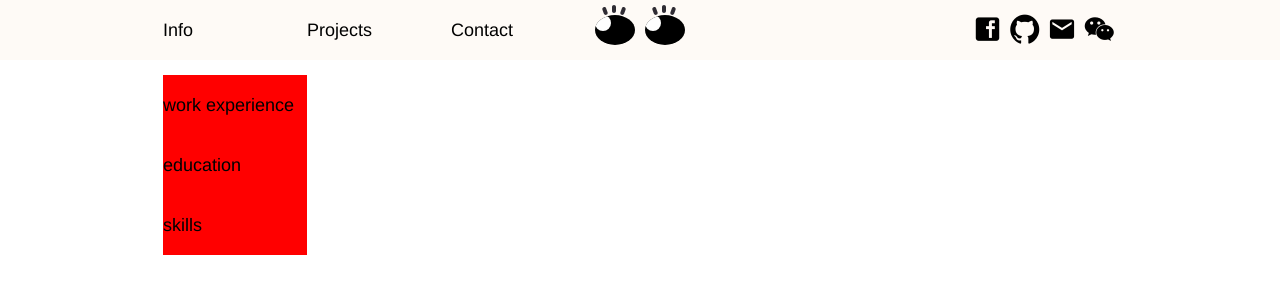
Repository: jinghuai8092/personal_website
Page: /
These files come from the project's save history. The page is drawn as it stood at one moment and after the next save; the edit follows.
The browser window is 1280 px wide. The pictures show the whole page.
The project was rebuilt for these pictures with package versions that can differ from the ones it lists, and the page was loaded fresh each time.

Above is the page before, as saved 2021-09-09 22:30:31.

After the next save:
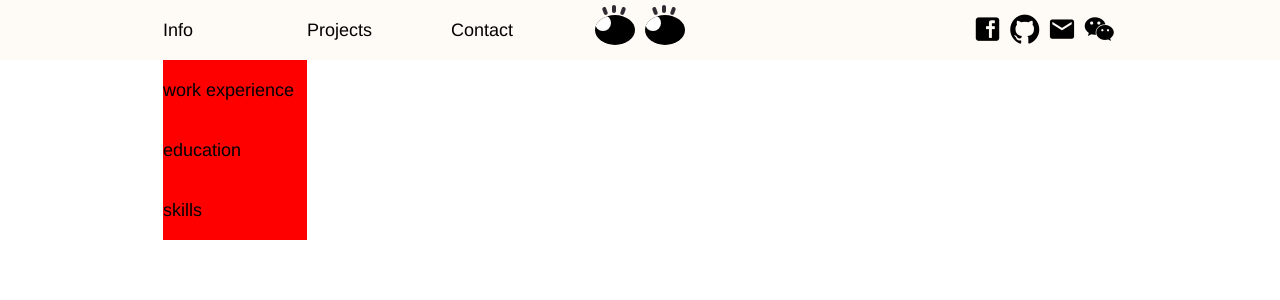
Saved 17 s later.
--- a/src/common/header/header.module.css
+++ b/src/common/header/header.module.css
@@ -77,8 +77,6 @@
 .infoMenu{
     pointer-events: none;
     opacity: 1;
-    transition: all .2s cubic-bezier(.175,.885,.32,1.275);
-    transform: translate3d(0,15px,0);
     position: relative;
     z-index: 10000;
     background-color: red;
